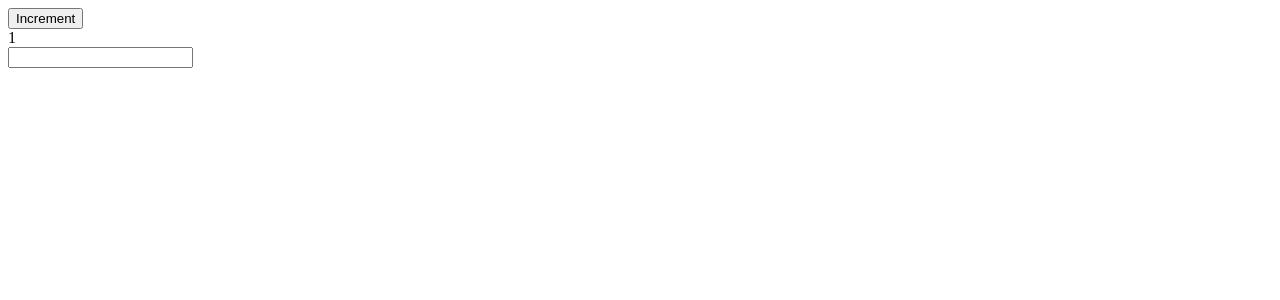
Repository: SukhrajSinghMatharu/node-chat-basic
Page: views/index.html
These files come from the project's save history. The page is drawn as it stood at one moment and after the next save; the edit follows.
The browser window is 1280 px wide. The pictures show the whole page.
The page's requests for data from a server got no answer. Some web libraries are served in a nearby version.

Above is the page before, as saved 2020-12-21 12:47:33.
Console error: TypeError: Cannot read properties of null (reading 'addEventListner')

After the next save:
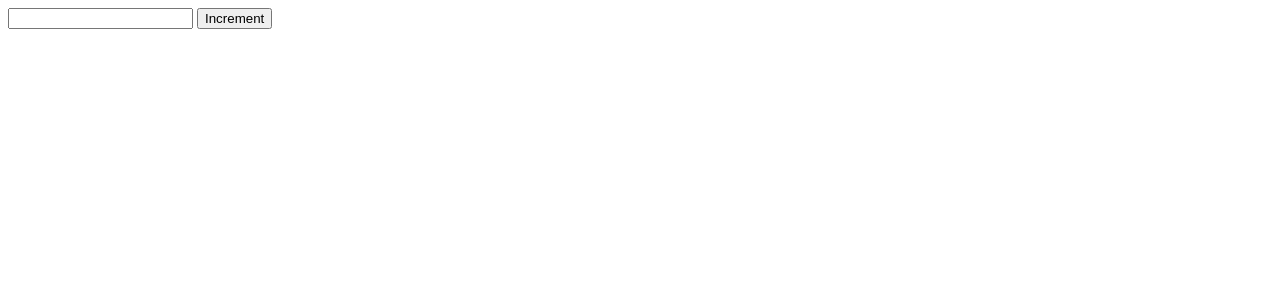
Saved 14 s later.
--- a/views/index.html
+++ b/views/index.html
@@ -2,13 +2,12 @@
     <script src="https://cdnjs.cloudflare.com/ajax/libs/socket.io/3.0.4/socket.io.js" integrity="sha512-aMGMvNYu8Ue4G+fHa359jcPb1u+ytAF+P2SCb+PxrjCdO3n3ZTxJ30zuH39rimUggmTwmh2u7wvQsDTHESnmfQ==" crossorigin="anonymous"></script>
 
 <body>
+    <input type="text" id="messagebox">
     <button onclick="myFunction()">Increment</button>
-    <div id="demo">1</div>
-    <input type="text" id="messagebox">
+
     <div id="main"></div>
     <script>
-    var count = parseInt(document.getElementById("demo").innerHTML);
-    console.log('value of demo is', count)
+
     const socket = io();
     socket.on('recieve-message',(data)=>{
         console.log(data)
